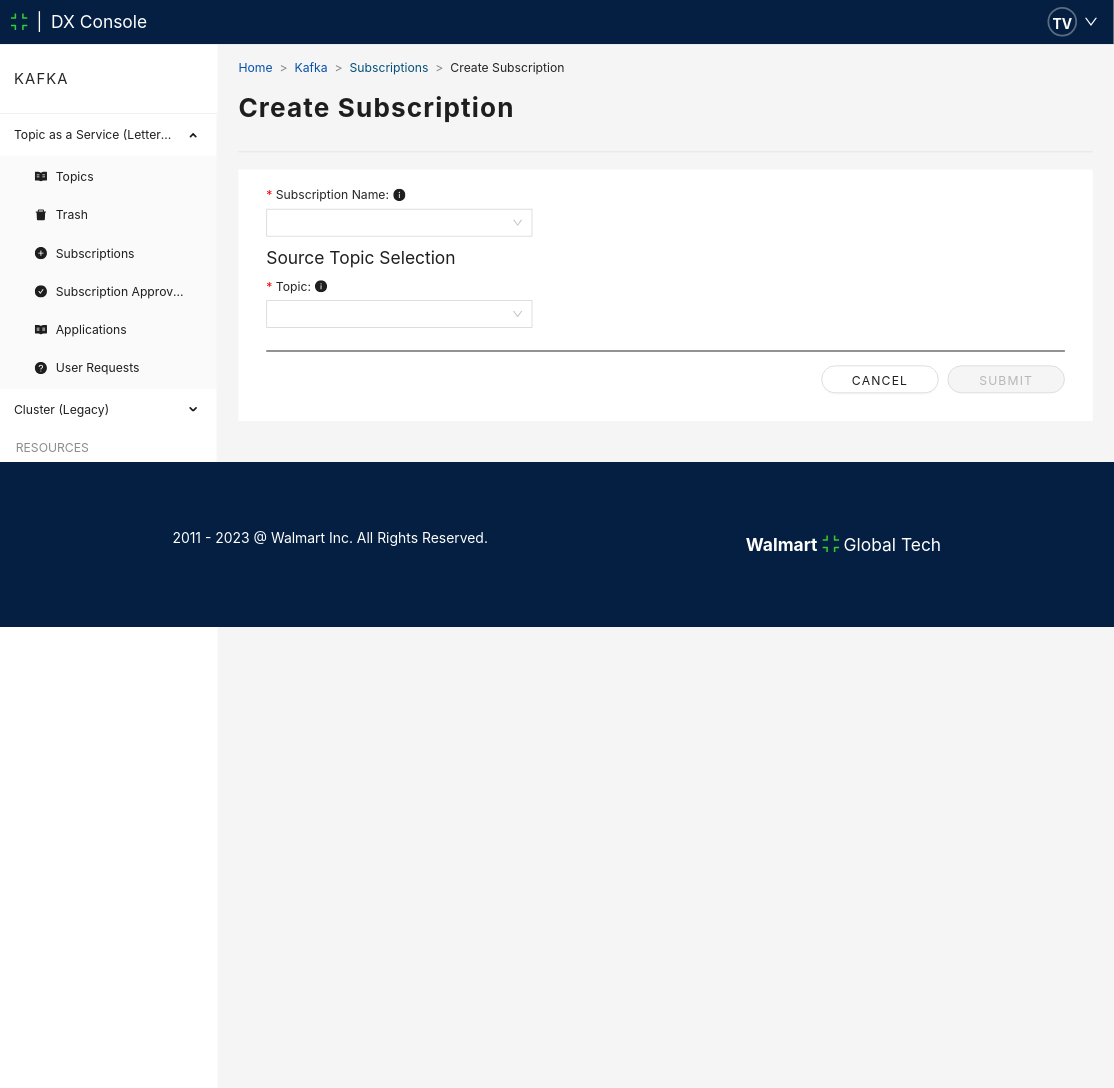
Repository: Qianying-Chai/kafka
Page: /kafka/subscriptions_active_tab=proxy/create
These files come from the project's save history. The page is drawn as it stood at one moment and after the next save; the edit follows.
The browser window is 1280 px wide. The pictures show the whole page, at 87% of full size.
The project was rebuilt for these pictures with package versions that can differ from the ones it lists, and the page was loaded fresh each time. Also part of the build but not shown: src/pages/Components/ComponentsTable.jsx, src/pages/Components/ComponentsInput.jsx, src/pages/Components/ComponentsPagination.jsx, src/pages/Taas/Topics/Topics.jsx, src/pages/Taas/Topics/CreateTopics/Form/DetailsForm.jsx, src/pages/Taas/Topics/CreateTopics/CreateTopic.jsx, src/pages/Taas/Trash/Style/Trash.css, src/pages/Taas/Trash/Trash.jsx and 15 more.

Above is the page before, as saved 2024-01-15 21:22:41.

After the next save:
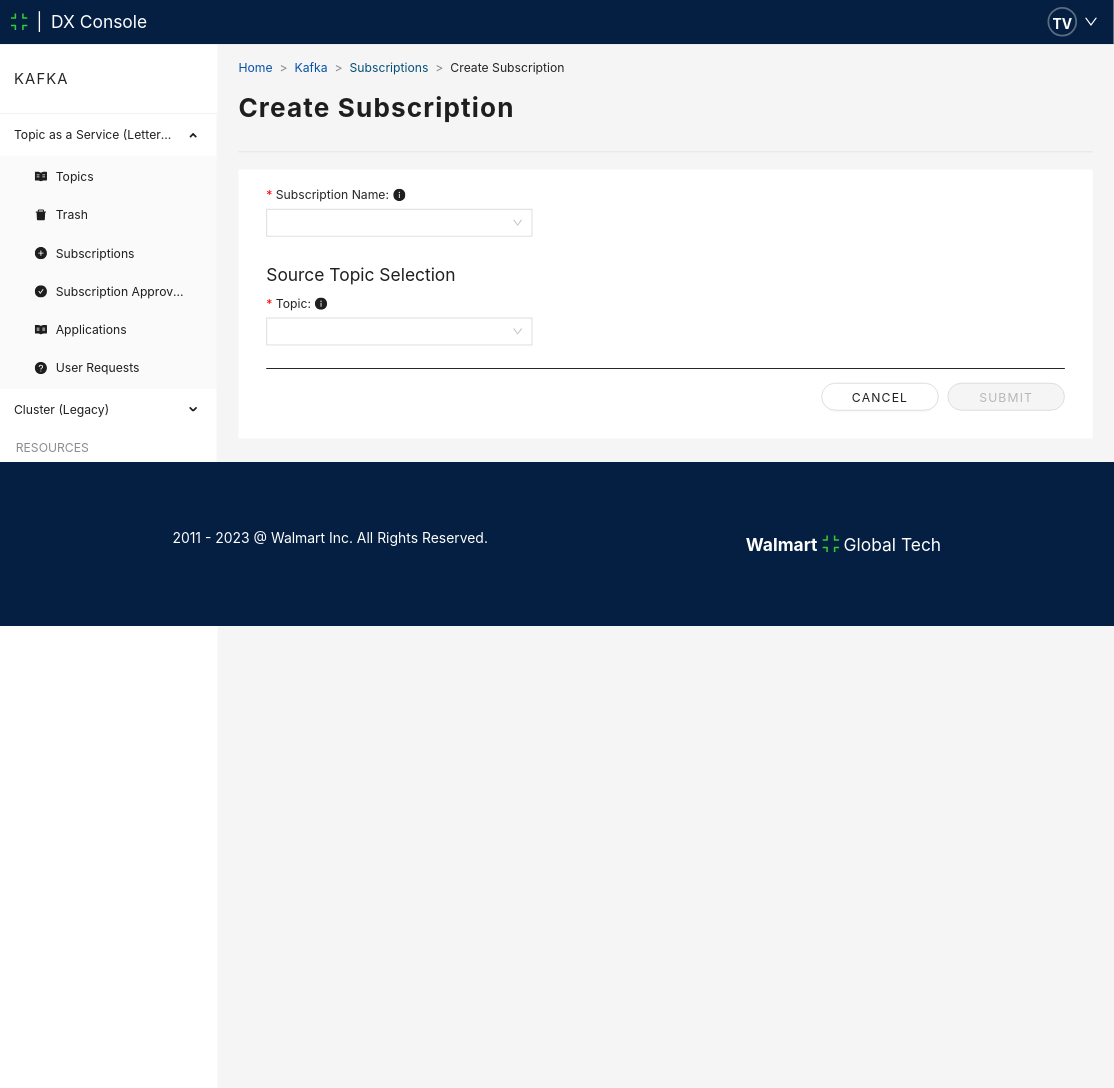
Saved 2 min 7 s later.
--- a/src/pages/Taas/Subscriptions/SubscriptionsProxy/CreateSubscriptions/CreateSubscriptionsProxy.jsx
+++ b/src/pages/Taas/Subscriptions/SubscriptionsProxy/CreateSubscriptions/CreateSubscriptionsProxy.jsx
@@ -43,7 +43,7 @@
       <ComponentsContent>
         {/* <SourceTopicForm /> */}
         <SubscriptionName />
-        <Title level={4} style={{ fontWeight: "normal" }}>
+        <Title level={4} style={{ fontWeight: "normal", paddingTop: "20px" }}>
           Source Topic Selection
         </Title>
         {/* <TargetApplicationSelectionForm /> */}
